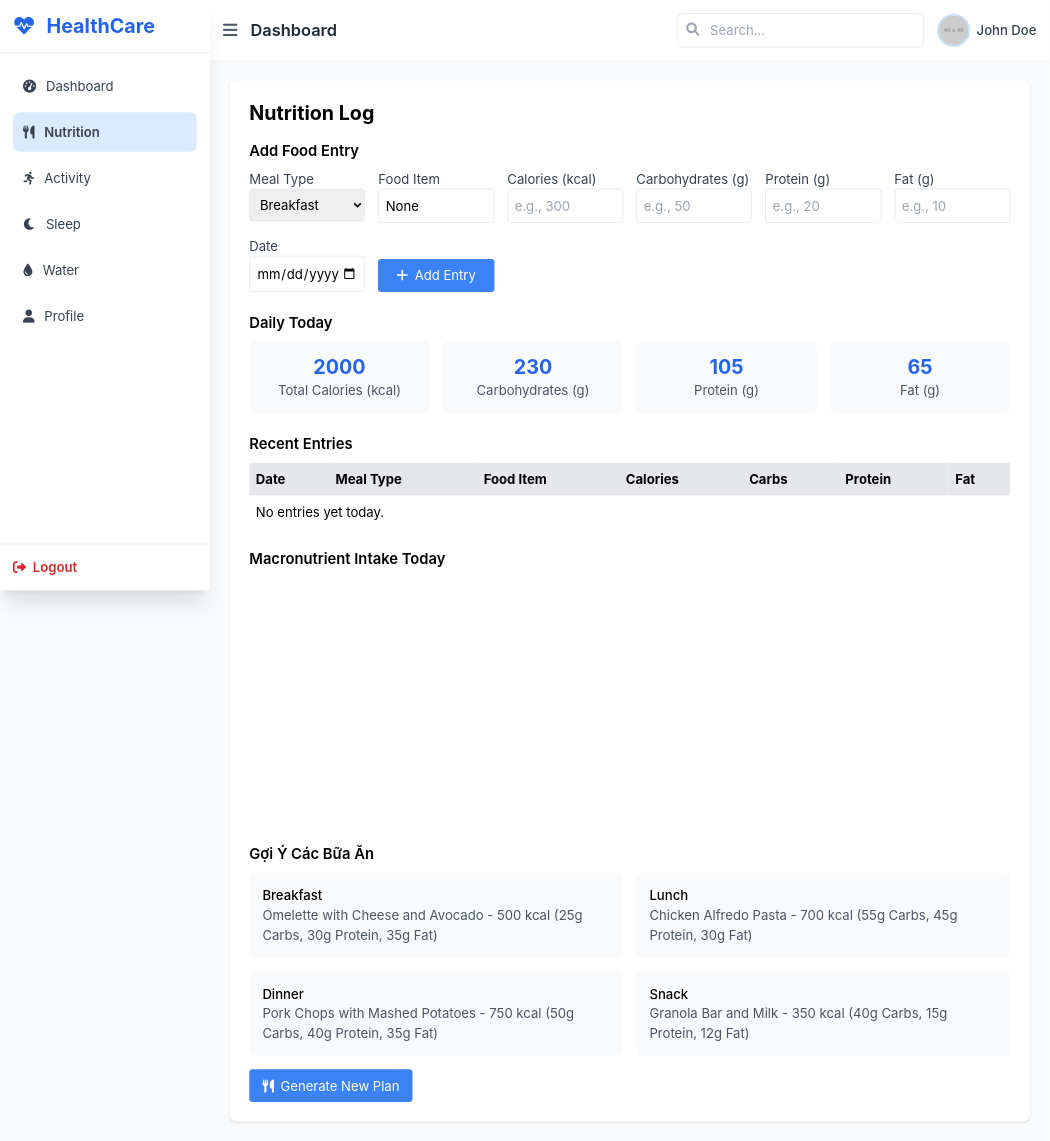
Repository: Khank2104/Khank
Page: http://localhost/nutrition/
These files come from the project's save history. The page is drawn as it stood at one moment and after the next save; the edit follows.
The browser window is 1280 px wide. The pictures show the whole page, at 82% of full size.
Some web libraries are served in a nearby version. The page is served by the project's application, run on Django 5.2 (manage.py). The first stored user is signed in. The page reads the database file committed with the project.

Above is the page before, as saved 2025-05-17 18:36:52.

After the next save:
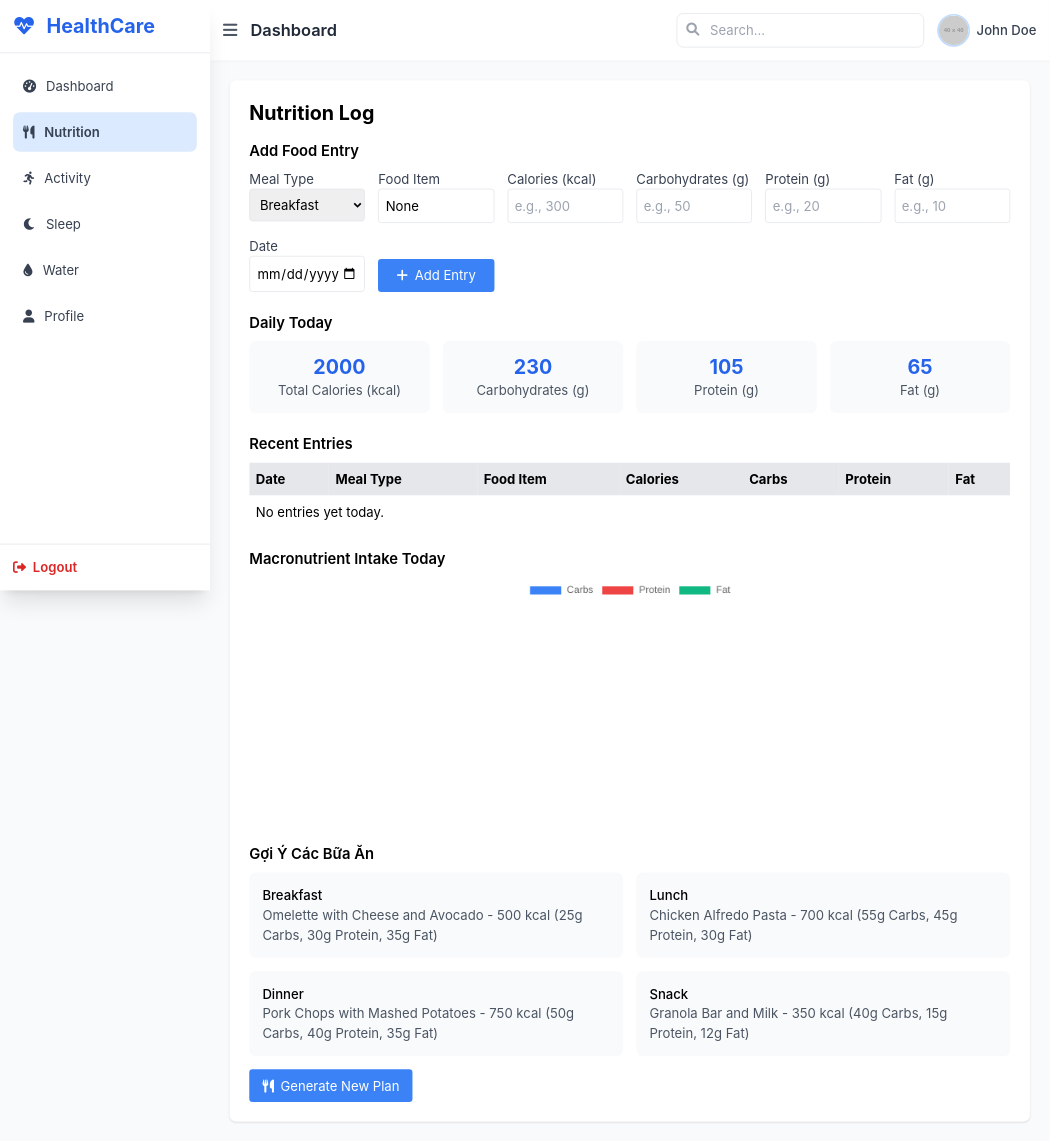
Saved 51 s later.
--- a/main/templates/main/nutrition.html
+++ b/main/templates/main/nutrition.html
@@ -169,4 +169,39 @@
     </div>
     {% endif %}
 </div>
+
+<script>
+    const intakeCtx = document.getElementById('intakeChart').getContext('2d');
+    new Chart(intakeCtx, {
+        type: 'pie',
+        data: {
+            labels: ['Carbs', 'Protein', 'Fat'],
+            datasets: [{
+                data: [
+                    {{ totals.total_carbs|default:0 }},
+                    {{ totals.total_protein|default:0 }},
+                    {{ totals.total_fat|default:0 }}
+                ],
+                backgroundColor: [
+                    'rgb(59, 130, 246)',
+                    'rgb(239, 68, 68)',
+                    'rgb(16, 185, 129)'
+                ],
+                borderColor: '#fff',
+                borderWidth: 2
+            }]
+        },
+        options: {
+            responsive: true,
+            maintainAspectRatio: false,
+            plugins: {
+                legend: {
+                    position: 'bottom'
+                }
+            }
+        }
+    });
+</script>
+
+
 {% endblock %}
